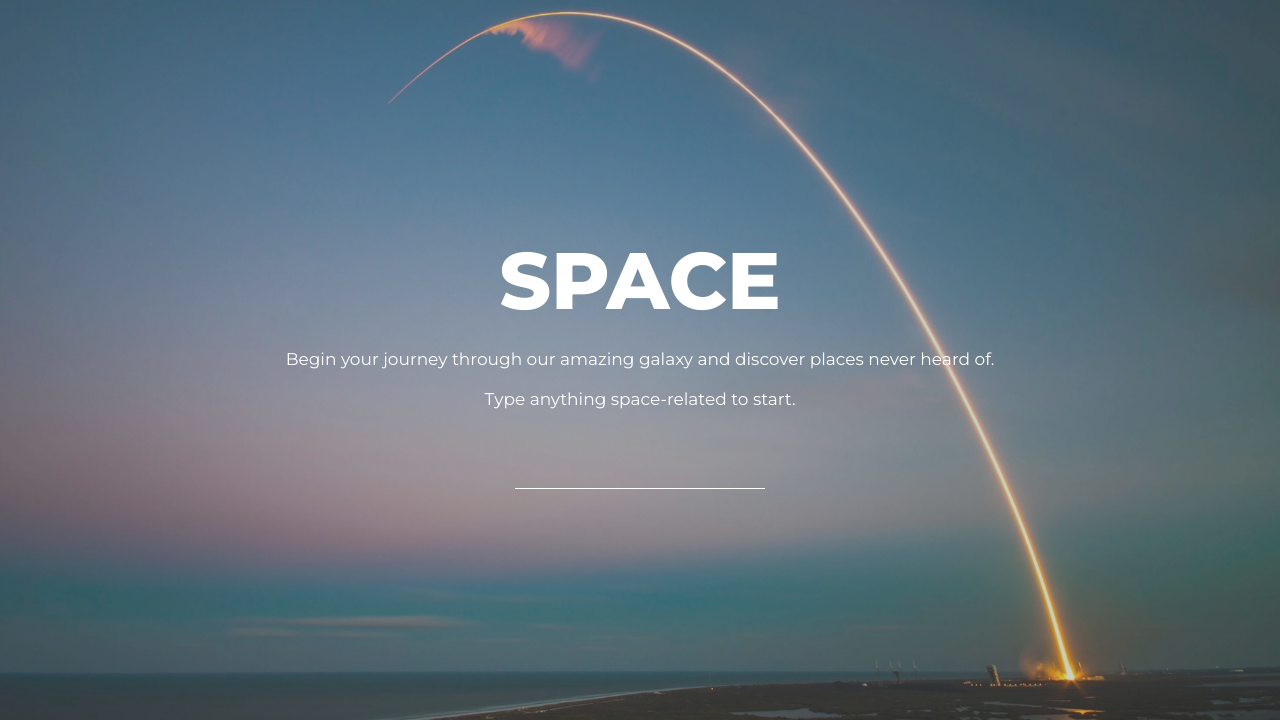
Repository: pmor80/spacer
Page: /
An editor plug-in stored every save of this project. The page is shown before and after the next save, followed by the edit.
The browser window is 1280 px wide. The pictures show the whole page.
The project was rebuilt for these pictures with package versions that can differ from the ones it lists, and the page was loaded fresh each time.

Above is the page before, as saved 2019-07-02 16:10:25.

After the next save:
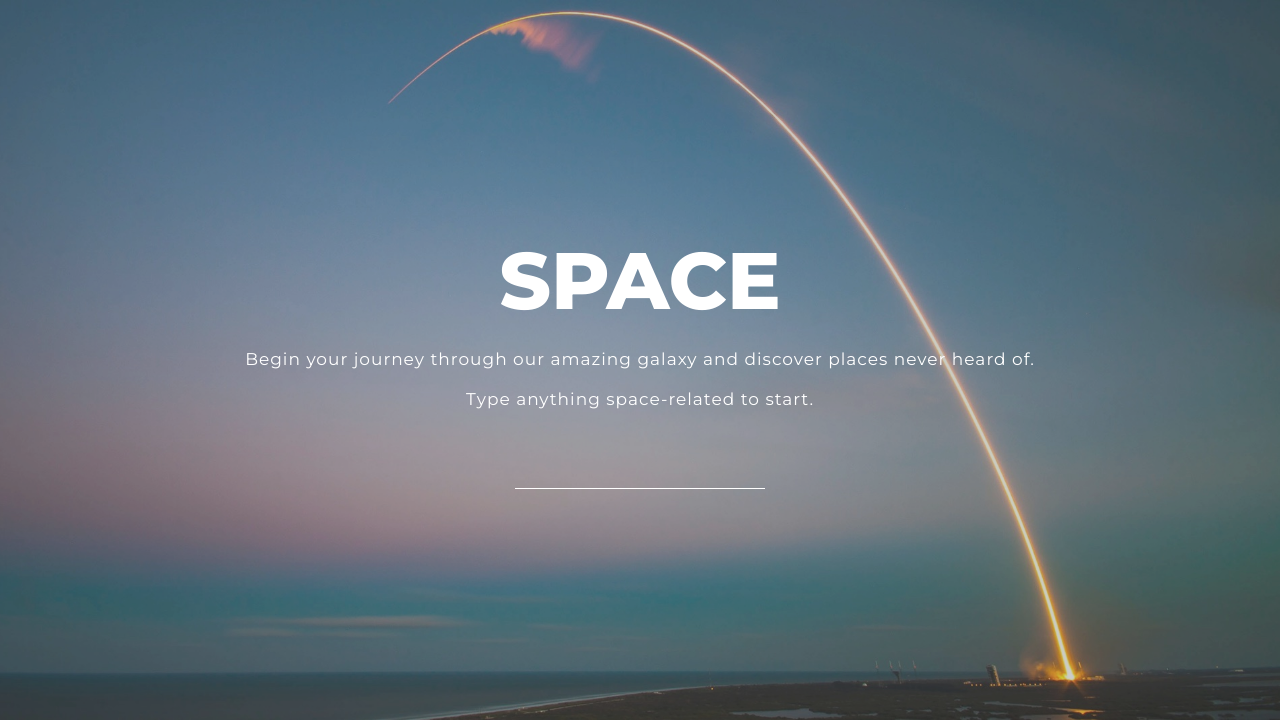
Saved 17 s later.
--- a/src/components/Claim.vue
+++ b/src/components/Claim.vue
@@ -38,6 +38,7 @@ export default {
 
   @media (min-width: 768px) {
     font-size: 17px;
+    letter-spacing: 1px;
   }
 }
 </style>
